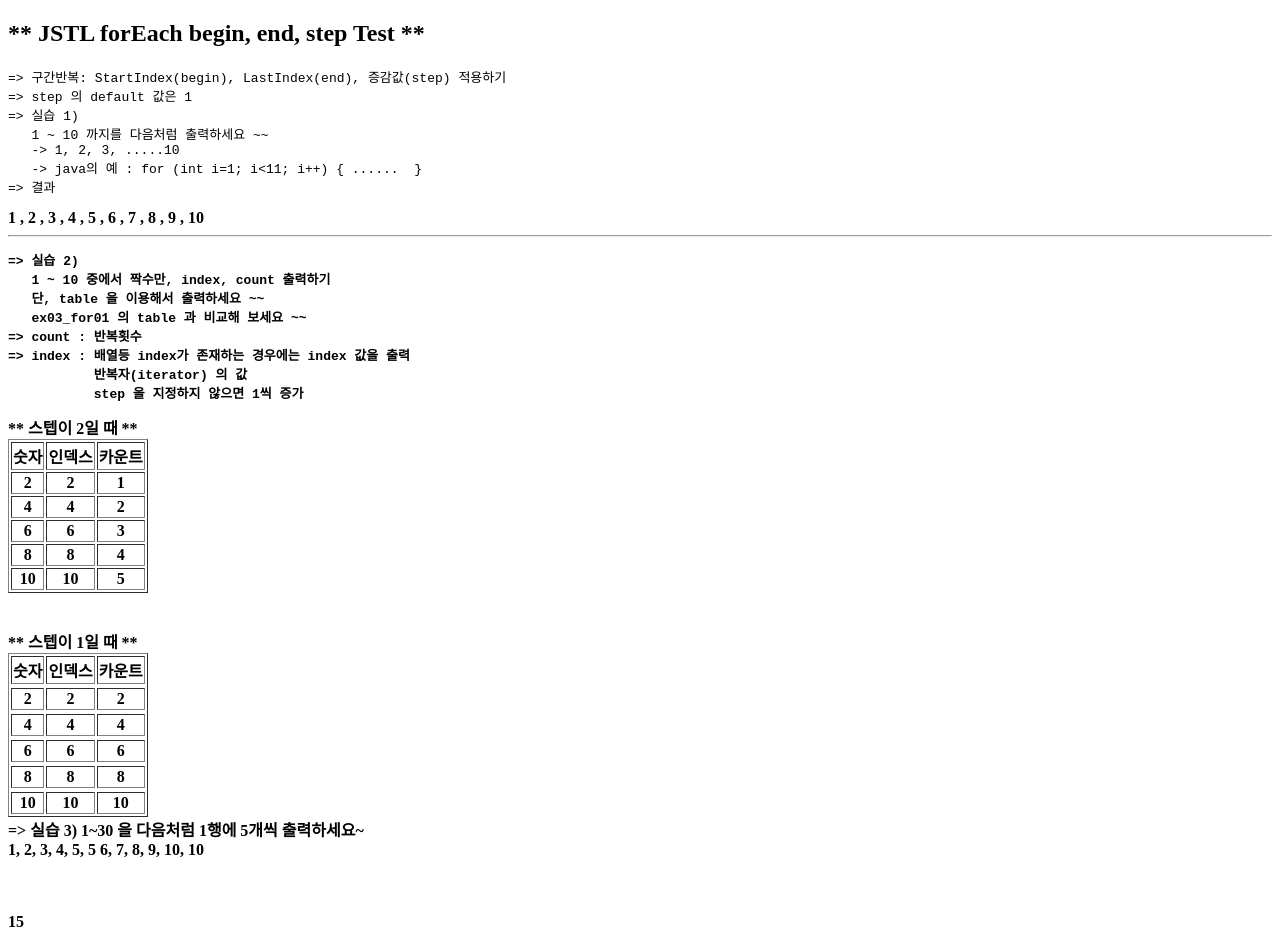
Repository: JYH94/JAVA
Page: http://localhost/web01/jsp03_jstl/ex03_for02.jsp
An editor plug-in stored every save of this project. The page is shown before and after the next save, followed by the edit.
The browser window is 1280 px wide. The pictures show the whole page.
The page is served by Tomcat 9. Other server files are loaded and not shown.

Above is the page before, as saved 2024-01-17 01:21:33.

### web01/src/main/webapp/jsp03_jstl/ex03_for02.jsp
<%@ page language="java" contentType="text/html; charset=UTF-8"
    pageEncoding="UTF-8"%>
<%@ taglib uri="http://java.sun.com/jsp/jstl/core" prefix="c" %>
<!DOCTYPE html>
<html>
<head>
<meta charset="UTF-8">
<title>** JSTL forEach begin, end, step Test **</title>
</head>
<body>
<h2>** JSTL forEach begin, end, step Test **</h2>
<pre>
=> 구간반복: StartIndex(begin), LastIndex(end), 증감값(step) 적용하기
=> step 의 default 값은 1
=> 실습 1)
   1 ~ 10 까지를 다음처럼 출력하세요 ~~
   -> 1, 2, 3, .....10
   -> java의 예 : for (int i=1; i<11; i++) { ......  }
=> 결과
</pre>
<b>

<c:forEach begin="1" end="10" var="number" step="1" varStatus="vs">
	${number}
	${vs.last ? "" : ", " }
</c:forEach>

<hr><pre>
=> 실습 2)
   1 ~ 10 중에서 짝수만, index, count 출력하기
   단, table 을 이용해서 출력하세요 ~~
   ex03_for01 의 table 과 비교해 보세요 ~~
=> count : 반복횟수
=> index : 배열등 index가 존재하는 경우에는 index 값을 출력
           반복자(iterator) 의 값
           step 을 지정하지 않으면 1씩 증가
</pre>

** 스텝이 2일 때 **
<table border=1; style="text-align:center; "width:90%;>
<tr>
	<th>숫자</th>
	<th>인덱스</th>
	<th>카운트</th>
</tr>
<c:forEach var="num" step="2" begin="2" end="10" varStatus="Q">
	<tr>
		<td>${num}</td>
		<td>${Q.index}</td>
		<td>${Q.count}</td>
	</tr>
</c:forEach>
</table>

<br>
<br>

** 스텝이 1일 때 **
<table border=1 style="text-align:center; "width:90%;>
<tr>
	<th>숫자</th>
	<th>인덱스</th>
	<th>카운트</th>
</tr>
<c:forEach var="num" begin="1" end="10" varStatus="Q">
	<tr>
		<c:if test="${num%2 == 0}">
			<td>${num}</td>
			<td>${Q.index}</td>
			<td>${Q.count}</td>
		</c:if>

		<c:if test="${num%2 != 0}"></c:if>

	</tr>
</c:forEach>
<!--
위 반복문을 돌리면 숫자가 2,4,6,8,10 이 찍히고
인덱스도 2,4,6,8,10이 찍히는 모습을 볼 수 있다.
그 이유는 시작점이 1 / 종료점이 10일 뿐이지 배열이 아니기 때문이다.
forEach반복문이 1부터 돌면서 조건문을 통해 건너뛰기 때문에
인덱스가 1,2,3,4,5가 아닌 2,4,6,8,10이 찍힌다.
 -->
</table>

=> 실습 3) 1~30 을 다음처럼 1행에 5개씩 출력하세요~<br>
<!--
1,2,3,4,5
6,7,8,9,10
11,12,13,14,15
...
............30 -->
<c:forEach var="num1" begin="0" end="2" varStatus="vs1">
	<c:forEach var="num2" begin="${5*num1 + 1}" end="${5*num1 + 5}" varStatus="vs2">
		<c:if test="${vs1.last == false}">
			${num2},
		</c:if>

		<c:if test="${vs2.last}">
			${num2}
		</c:if>

		<c:if test="${vs1.last}">
			<br>
		</c:if>
	</c:forEach>
</c:forEach>

<!-- for (int i = 0; i < 3; i++) {
	for (int j = 5*i + 1; j <= 5*i+5; j++) {
				System.out.print(j+" ");
	}
	System.out.println();
} -->





</b>
</body>
</html>

After the next save:
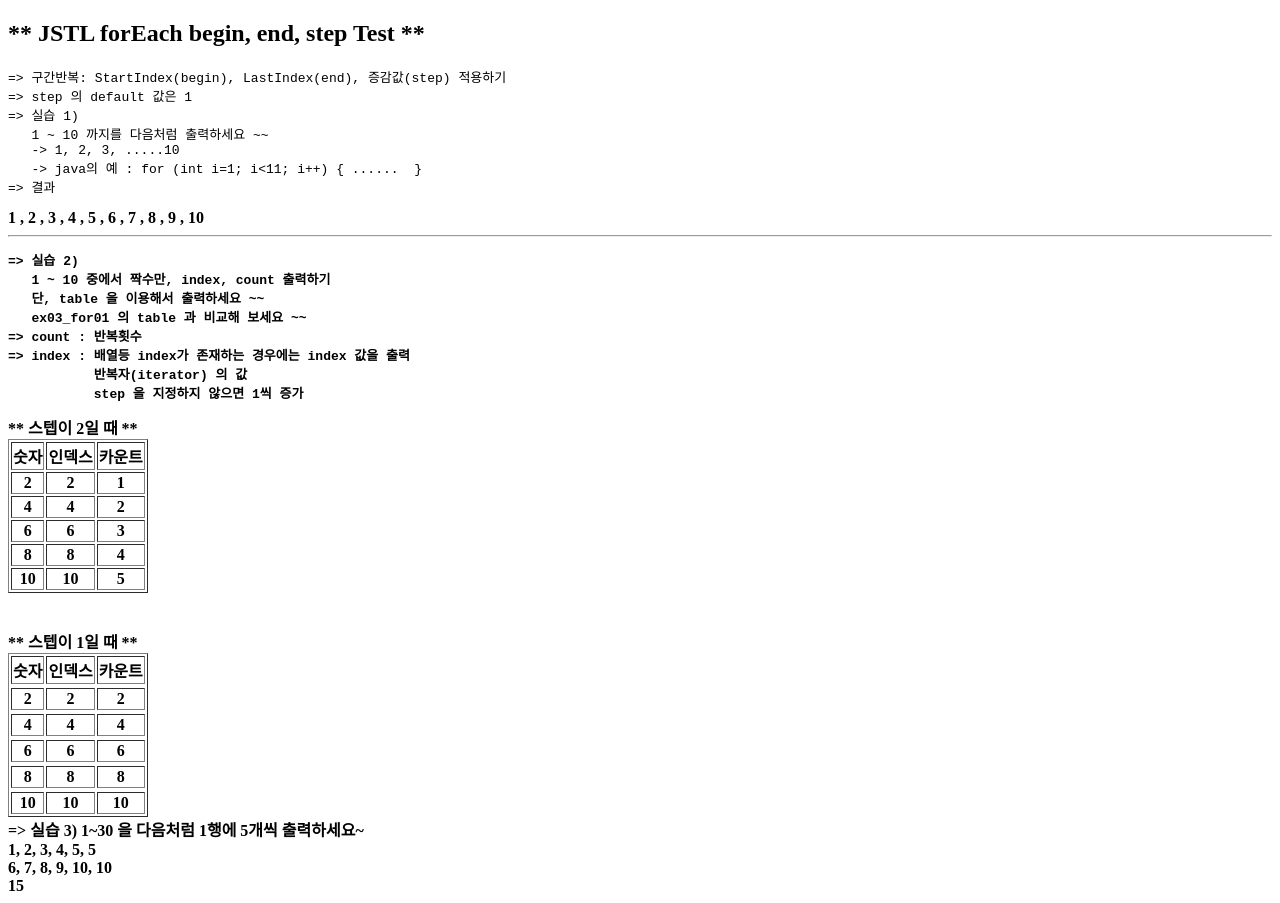
Saved 56 s later.
--- a/web01/src/main/webapp/jsp03_jstl/ex03_for02.jsp
+++ b/web01/src/main/webapp/jsp03_jstl/ex03_for02.jsp
@@ -98,11 +98,9 @@ forEach반복문이 1부터 돌면서 조건문을 통해 건너뛰기 때문에
 
 		<c:if test="${vs2.last}">
 			${num2}
+			<br>
 		</c:if>
 
-		<c:if test="${vs1.last}">
-			<br>
-		</c:if>
 	</c:forEach>
 </c:forEach>
 
